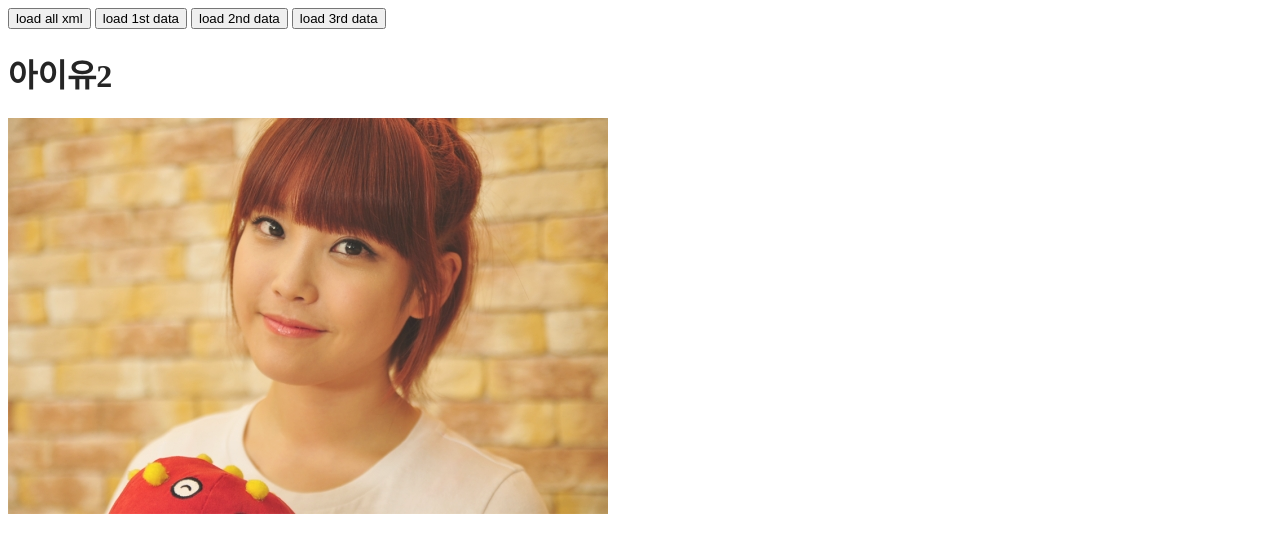
Repository: bluegony/spring_study
Page: jquerytest/src/main/webapp/loadxml.html
An editor plug-in stored every save of this project. The page is shown before and after the next save, followed by the edit.
The browser window is 1280 px wide. The pictures show the whole page.
After loading, the first visible `#loadAll` was clicked once.
Some web libraries are served in a nearby version.

Above is the page before, as saved 2013-09-05 02:24:44.

### jquerytest/src/main/webapp/loadxml.html

<!DOCTYPE html>
<html>
<head>
<meta charset="UTF-8">


<title>load images</title>
</head>
<body>

	<form name="form1">

		<input type="button" id="loadAll" value="load all xml" />
		<input type="button" id="loadxml1" value="load 1st data" />
		<input type="button" id="loadxml2" value="load 2nd data" />
		<input type="button" id="loadxml3" value="load 3rd data" />

	</form>
	<div id="disp"></div>
</body>

<style type="text/css">
<!--
img {
	max-width: 80%;
	max-height: 80%;
}
-->
</style>
<script type="text/javascript"
	src="http://code.jquery.com/jquery-1.6.4.min.js"></script>
<script type="text/javascript">
	$(function() {
		$(':button').click(function() {

			$('this').css("color" , "yellow");
			$("#disp").load("images.html #img2", function() {

				$(this).fadeIn(2000);
			}).hide();

		})
	});
</script>

### jquerytest/src/main/webapp/images.html
<head>
<style type="text/css">
<!--
img {
	max-width: 90%;
	max-height: 90%;

}
-->
</style>
</head>
<div id=img1>
	<h1>아이유1</h1>
	<img src=slides/img1.jpg>
</div>
<div id=img2>
	<h1>아이유2</h1>
	<img src=slides/img2.jpg>
</div>
<div id=img3>
	<h1>아이유3</h1>
	<img src=slides/img3.jpg>
</div>

After the next save:
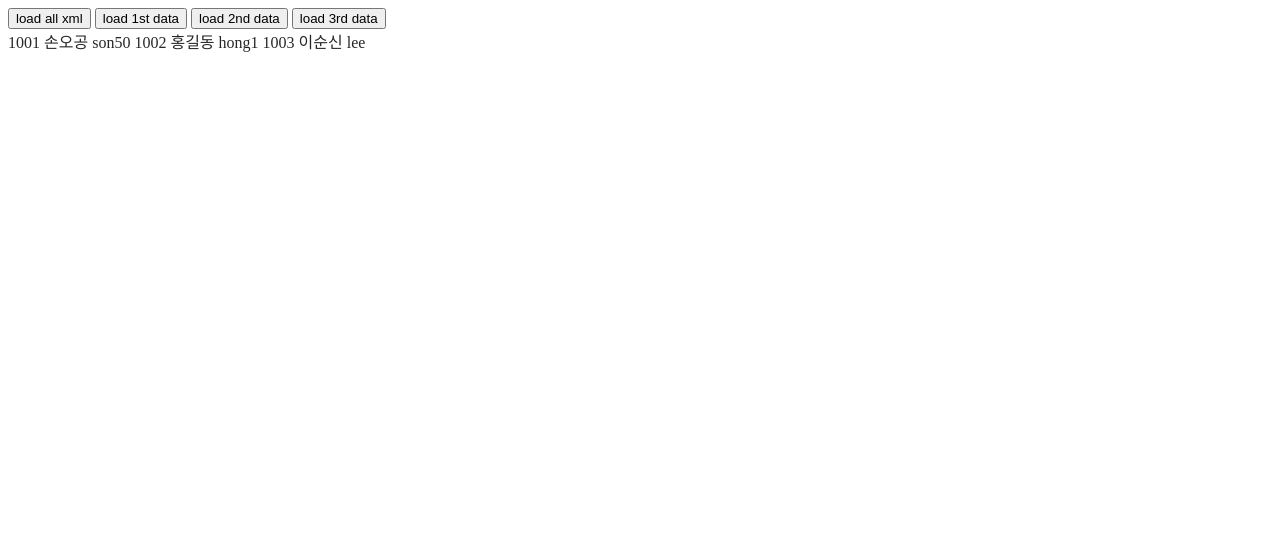
Saved 39 s later.
--- a/jquerytest/src/main/webapp/loadxml.html
+++ b/jquerytest/src/main/webapp/loadxml.html
@@ -35,7 +35,7 @@ img {
 		$(':button').click(function() {
 
 			$('this').css("color" , "yellow");
-			$("#disp").load("images.html #img2", function() {
+			$("#disp").load("members.xml", function() {
 
 				$(this).fadeIn(2000);
 			}).hide();
